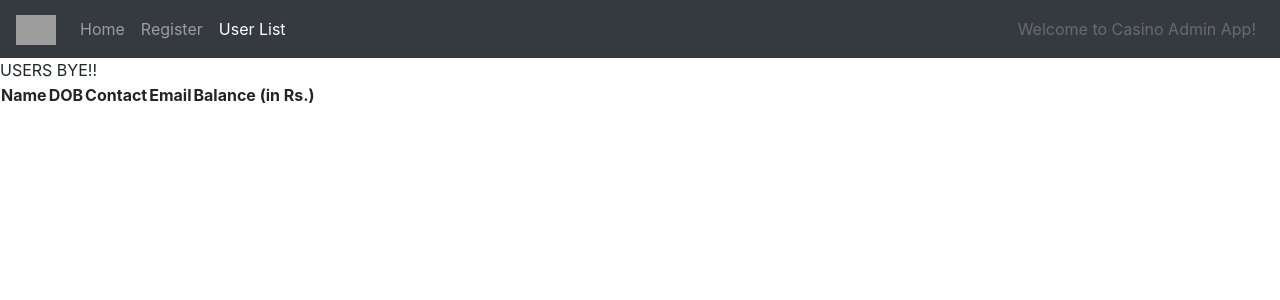
Repository: piyushrulesyou/CasinoGameApplication
Page: http://localhost/adminPanel/UsersList.jsp
These files come from the project's save history. The page is drawn as it stood at one moment and after the next save; the edit follows.
The browser window is 1280 px wide. The pictures show the whole page.
Pictures or frames that could not be fetched are drawn as grey boxes. The page is served by Tomcat 9. Nobody is signed in. The application's start-up code is not run.

Above is the page before, as saved 2019-10-31 17:54:51.

After the next save:
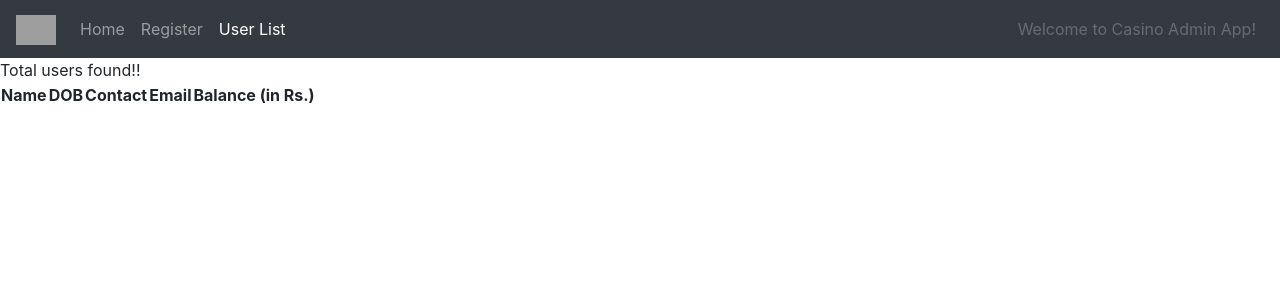
Saved 109 s later.
--- a/AdminPanel/adminPanel/src/main/webapp/UsersList.jsp
+++ b/AdminPanel/adminPanel/src/main/webapp/UsersList.jsp
@@ -43,7 +43,7 @@
 		</ul>
 	</nav>
 
-	USERS ${listOfUsers.size()} BYE!!
+	Total ${listOfUsers.size()} users found!!
 
 	<table class="w3-table-all w3-centered">
 		<tr>
